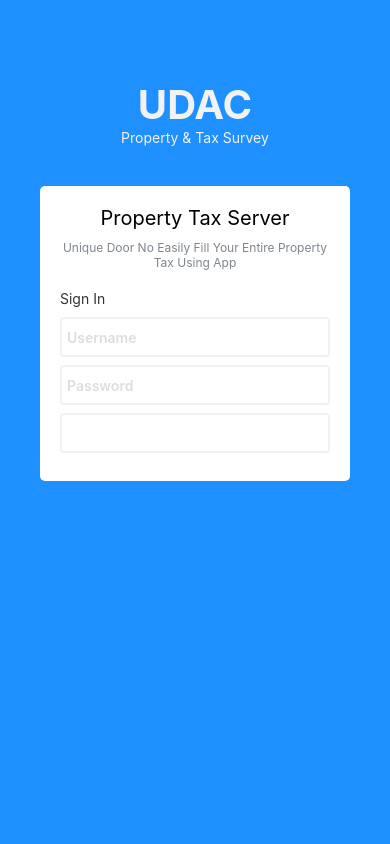
Repository: metalysm/BasicLoginPage
Screen: /
These files come from the project's save history. The screen is drawn as it stood at one moment and after the next save; the edit follows.
The app was drawn by React Native's web renderer in a window 390 px wide. The project was rebuilt for these pictures with package versions that can differ from the ones it lists, and the page was loaded fresh each time.

Above is the screen before, as saved 2019-12-05 15:50:18.

### App.js

import React, { Component } from 'react';
import Login from './src/pages/Login';
import { StyleSheet } from 'react-native';

export default class App extends Component {
  render() {
    return (
      <Login />
    );
  }
};



const styles = StyleSheet.create({

});

### src/pages/Login.js

import React, { Component } from 'react';
import {
    StyleSheet,
    View,
    Text,
    KeyboardAvoidingView
} from 'react-native';
import LoginForm from '../pages/LoginForm';

export default class Login extends Component {
    render() {
        return (
            <View style={styles.container}>
                <View style={styles.headBackground} />

                <KeyboardAvoidingView behavior={"position"}>
                <View>
                    <Text style={styles.logo}>UDAC</Text>
                    <Text style={styles.logoDescription}>Property & Tax Survey</Text>
                </View>
                <View style={styles.loginArea}>
                    <Text style={styles.loginAreaTitle}>Property Tax Server</Text>
                    <Text style={styles.loginAreaDesc}>
                        Unique Door No Easily Fill Your Entire Property Tax Using App
                    </Text>
                <LoginForm/>
                </View>
                </KeyboardAvoidingView>
            </View>
        );
    }
};

const styles = StyleSheet.create({
    container: {
        flex: 1,
        backgroundColor: '#F5FCFF',
        paddingVertical: 80
    },
    headBackground: {
        position: 'absolute',
        top: 0,
        left: 0,
        height: '100%',
        width: '100%',
        backgroundColor: '#1e90ff'
    },
    logo: {
        textAlign: 'center',
        fontSize: 40,
        fontWeight: 'bold',
        color: '#f2f2f2'
    },
    logoDescription: {
        textAlign: 'center',
        color: '#f2f2f2',
    },
    loginArea: {
        marginHorizontal: 40,
        marginVertical: 40,
        backgroundColor: '#fff',
        padding: 20,
        borderRadius: 5,
        // SHADOW TANIMLARI SADECE IOS TA VARDIR.
        /* GÖLGELENDİRME
        shadowColor:'black',
        shadowOpacity: .2, //0 ile 1 arasında bir rakam girilir.
        shadowRadius: 3,
        shadowOffset: {
          width: 0,
          height: 2
        }*/
        elevation: 4
    },
    loginAreaTitle: {
        fontSize: 20,
        textAlign: 'center'
    },
    loginAreaDesc: {
        fontSize: 12,
        color: '#7e868f',
        marginVertical: 10,
        textAlign: 'center'
    }
});

### src/pages/LoginForm.js
import React, { Component } from 'react';
import { StyleSheet, Text, View} from 'react-native';
import Input from '../components/Input';
import MyButton from '../components/Input';

export default class LoginForm extends Component {
    render() {
        return (
            <View>
                <Text style={styles.signInText}>Sign In</Text>
                <Input
                    placeholder="Username"
                    autoCapitalize="none"
                    onSubmitEditing={()=>this.passwordInput.focus()}
                />
                <Input
                    placeholder="Password"
                    secureTextEntry={true}
                    inputRef={input => this.passwordInput = input}
                />

                <MyButton/>
            </View>
        );
    }//autoCapitalize baş harfi büyük yapmayı kapadık.
}; //securetextentry şifreyi gizli yapmamızı sağladı.



const styles = StyleSheet.create({
    signInText: {
        marginVertical: 10,
        fontSize: 14,
        color: '#333'
    }

});

### src/components/Input.js
import React, { Component } from 'react';
import { StyleSheet,TextInput,View} from 'react-native';


export default class Input extends Component {
    state={
        text:''
    };
  render() {
    return (
        <View>
            <TextInput
            {...this.props}
            placeholderTextColor = "#ddd"
            style={styles.input}
            value={this.state.text}
            ref={this.props.inputRef}
            onChangeText={text => this.setState({text})}
            />
        </View>
    ); //{...this.props} => loginformdaki <Input> içerisindeki
  }    // bütün her şeyi al buraya yerleştir demek.
};


const styles = StyleSheet.create({
    input: {
        height:40,
        paddingHorizontal:5,
        borderRadius:4,
        borderWidth:2,
        borderColor:'#f1f1f1',
        fontSize:14,
        color:'#999',
        marginBottom:8,
        fontWeight:'600'
    }

});

### src/components/MyButton.js
import React, { Component } from 'react';
import { StyleSheet, Text, TouchableOpacity} from 'react-native';


export default class LoginForm extends Component {
    render() {
        return (
            <TouchableOpacity>
                <Text>Sign In Now</Text>
            </TouchableOpacity>
        );
    }//autoCapitalize baş harfi büyük yapmayı kapadık.
}; //securetextentry şifreyi gizli yapmamızı sağladı.



const styles = StyleSheet.create({

});

After the next save:
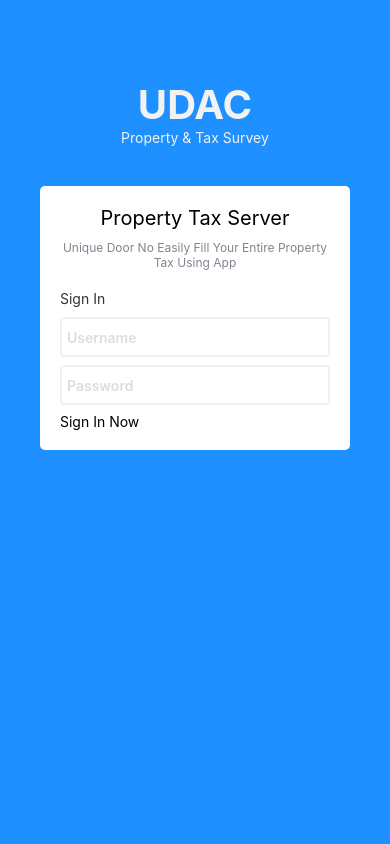
Saved 71 s later.
--- a/src/pages/LoginForm.js
+++ b/src/pages/LoginForm.js
@@ -1,7 +1,7 @@
 import React, { Component } from 'react';
 import { StyleSheet, Text, View} from 'react-native';
 import Input from '../components/Input';
-import MyButton from '../components/Input';
+import MyButton from '../components/MyButton';
 
 export default class LoginForm extends Component {
     render() {
